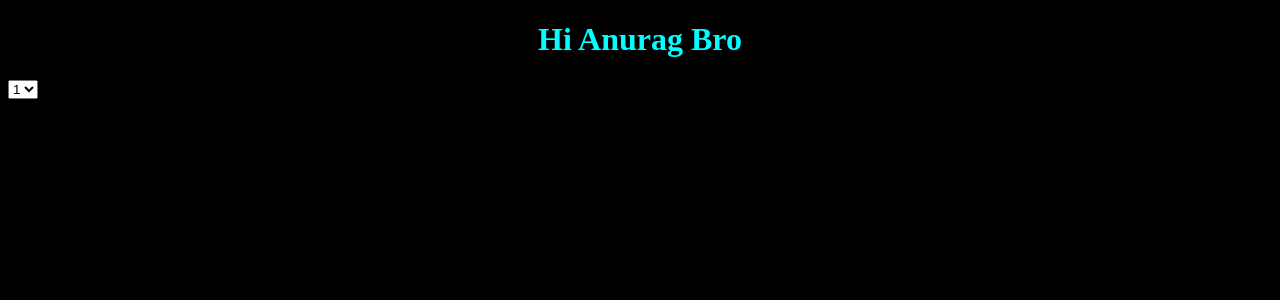
Repository: parveen95887/salesforceTest
Page: index.html
The author's editor kept a copy of each file at every save. The page is drawn from the files as they stood at one save, then again after the next save.
The browser window is 1280 px wide. The pictures show the whole page.

Above is the page before, as saved 2024-08-27 16:13:10.
Console error: TypeError: Cannot set properties of null (setting 'textContent')

### index.html
<!DOCTYPE html>
<html lang="en">
<head>
    <meta charset="UTF-8">
    <meta name="viewport" content="width=device-width, initial-scale=1.0">
    <title>Document</title>
    <link rel="stylesheet" href="style.css">
</head>
<body>
    <h1>Hi Anurag Bro</h1>
    <script src="myscript.js"></script>
    <select id="selday">
        <option value="1">1</option>
        <option value="2">2</option>
        <option value="3">3</option>
        <option value="4">4</option>
        <option value="5">5</option>
        <option value="6">6</option>
        <option value="7">7</option>
    </select>
</body>
</html>

### style.css
body
{
    background-color: black;
}
body h1{
    color: aqua;
    text-align: center;
}

### myscript.js
// let getdaty=document.querySelector("#selday").value;

// console.log(getdaty);



document.addEventListener("DOMContentLoaded", function() {
    const selectElement = document.querySelector("#selday");
    const heading = document.querySelector("#heading");

    // Update heading with the initially selected day
    heading.textContent = `Hi Anurag Bro, Selected day: ${selectElement.value}`;

    // Add event listener to update the heading when the selected day changes
    selectElement.addEventListener("change", function() {
        const selectedDay = selectElement.value;
        heading.textContent = `Hi Anurag Bro, Selected day: ${selectedDay}`;
    });
});

After the next save:
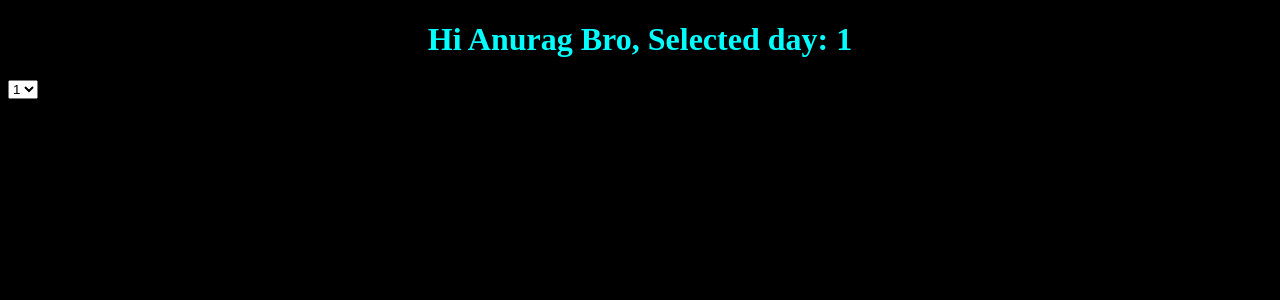
The error is gone.
Saved 38 s later.
--- a/index.html
+++ b/index.html
@@ -7,7 +7,7 @@
     <link rel="stylesheet" href="style.css">
 </head>
 <body>
-    <h1>Hi Anurag Bro</h1>
+    <h1 id="heading"></h1>
     <script src="myscript.js"></script>
     <select id="selday">
         <option value="1">1</option>
